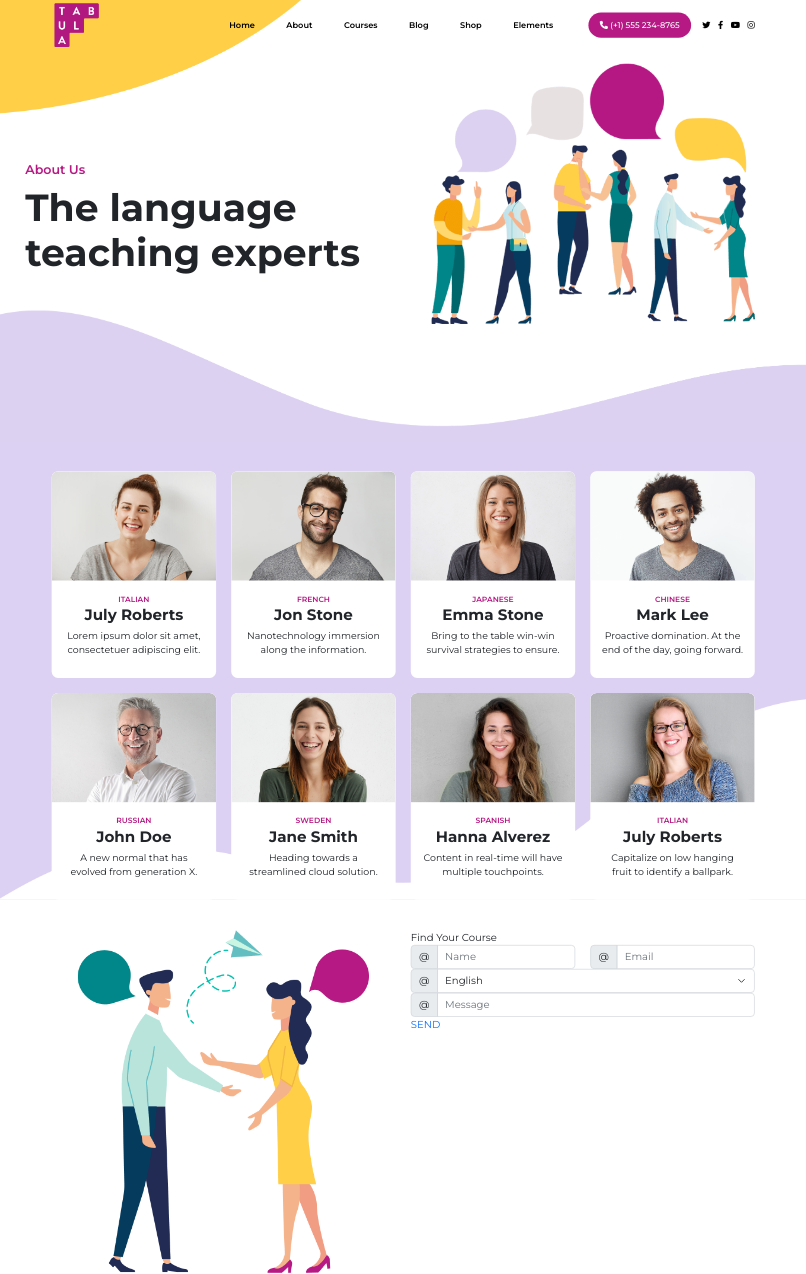
Repository: minhtrivu6199/tabula
Page: index.html
The author's editor kept a copy of each file at every save. The page is drawn from the files as they stood at one save, then again after the next save.
The browser window is 1280 px wide. The pictures show the whole page, at 63% of full size.
Some web libraries are served in a nearby version. The style sheet was rebuilt from its Sass, Less or Tailwind sources for each picture, by a compiler version that may differ from the author's.

Above is the page before, as saved 2022-09-28 10:29:36.

### index.html
<!DOCTYPE html>
<html lang="en">
  <head>
    <title>Tabula</title>
    <link rel="shortcut icon" href="img/crest.png" type="image/x-icon" />
    <!-- Required meta tags -->
    <meta charset="utf-8" />
    <meta
      name="viewport"
      content="width=device-width, initial-scale=1, shrink-to-fit=no"
    />

    <!-- Font -->
    <link rel="preconnect" href="https://fonts.googleapis.com" />
    <link rel="preconnect" href="https://fonts.gstatic.com" crossorigin />
    <link
      href="https://fonts.googleapis.com/css2?family=Montserrat:wght@300;400;500;600;700&display=swap"
      rel="stylesheet"
    />

    <!-- Bootstrap CSS v5.2.0-beta1 -->
    <link
      rel="stylesheet"
      href="https://cdn.jsdelivr.net/npm/bootstrap@5.2.0/dist/css/bootstrap.min.css"
      integrity="sha384-gH2yIJqKdNHPEq0n4Mqa/HGKIhSkIHeL5AyhkYV8i59U5AR6csBvApHHNl/vI1Bx"
      crossorigin="anonymous"
    />

    <!-- FontAwesome 6.1.1 CSS -->
    <link
      rel="stylesheet"
      href="https://cdnjs.cloudflare.com/ajax/libs/font-awesome/6.1.1/css/all.min.css"
      integrity="sha512-KfkfwYDsLkIlwQp6LFnl8zNdLGxu9YAA1QvwINks4PhcElQSvqcyVLLD9aMhXd13uQjoXtEKNosOWaZqXgel0g=="
      crossorigin="anonymous"
      referrerpolicy="no-referrer"
    />

    <!-- CSS -->
    <link rel="stylesheet" href="./css/style.min.css" />
  </head>

  <body>
    <!-- HEADER -->
    <header class="header">
      <nav class="navbar navbar-expand-lg navbar-fixed-top bg-transparent p-0">
        <div class="container">
          <div class="header-left">
            <a href="" class="navbar-brand logo">
              <img src="./img/crest.png" alt="" />
            </a>
          </div>
          <div class="header-right">
            <div class="header-menu d-xs-none">
              <ul class="navbar-nav menu">
                <li class="nav-item">
                  <a href="" class="nav-link"> Home </a>
                </li>
                <li class="nav-item">
                  <a href="" class="nav-link"> About </a>
                </li>
                <li class="nav-item">
                  <a href="" class="nav-link"> Courses </a>
                </li>
                <li class="nav-item">
                  <a href="" class="nav-link"> Blog </a>
                </li>
                <li class="nav-item">
                  <a href="" class="nav-link"> Shop </a>
                </li>
                <li class="nav-item">
                  <a href="" class="nav-link"> Elements </a>
                </li>
              </ul>
            </div>
            <div class="header-right-inner">
              <div class="header-btn">
                <a href="" class="btn-default">
                  <span class="btnWidgetIcon">
                    <i class="fa fa-phone"></i>
                  </span>
                  <span class="btnWidgetText"> (+1) 555 234-8765 </span>
                </a>
              </div>
              <a href="" class="iconWidget">
                <div class="btnWidgetIcon">
                  <i class="fab fa-twitter"></i>
                </div>
              </a>
              <a href="" class="iconWidget">
                <div class="btnWidgetIcon">
                  <i class="fab fa-facebook-f"></i>
                </div>
              </a>
              <a href="" class="iconWidget">
                <div class="btnWidgetIcon">
                  <i class="fab fa-youtube"></i>
                </div>
              </a>
              <a href="" class="iconWidget">
                <div class="btnWidgetIcon">
                  <i class="fab fa-instagram"></i>
                </div>
              </a>
            </div>
          </div>
        </div>
      </nav>
    </header>
    <!-- END HEADER -->

    <!-- CONTENT WRAP -->
    <section class="contentWrap">
      <div class="contentHolder">
        <div class="contentPort">
          <div class="cell">
            <div class="cell-inner">
              <div class="row">
                <div class="col-6">
                  <div class="col-content">
                    <span class="subtitle"> About Us </span>
                    <h1 class="title">The language teaching experts</h1>
                  </div>
                </div>
                <div class="col-6">
                  <div class="col-content">
                    <div class="col-thumb">
                      <img src="./img/hero_team.png" alt="" />
                    </div>
                  </div>
                </div>
              </div>
            </div>
          </div>
        </div>
        <div class="top-img">
          <img src="./img/yellow_top_wave_01.png" alt="" />
        </div>
        <div class="bottom-img">
          <img src="./img/Violet_top_left_wave.png" alt="" />
        </div>
      </div>
    </section>
    <!-- END CONTENTWRAP -->

    <!-- CARD -->
    <section class="groupCard">
      <div class="container pt-5">
        <div class="row">
          <div class="col-lg-3 col-md-6 col-sm-6 col-12">
            <div class="card">
              <div class="card-img">
                <img src="./img/teacher_1.jpg" alt="" />
              </div>
              <div class="card-body">
                <div class="card-text">
                  <span class="subtitle"> italian </span>
                  <h3 class="teacherName">July Roberts</h3>
                  <p class="text">
                    Lorem ipsum dolor sit amet, consectetuer adipiscing elit.
                  </p>
                </div>
              </div>
            </div>
          </div>
          <div class="col-lg-3 col-md-6 col-sm-6 col-12">
            <div class="card">
              <div class="card-img">
                <img src="./img/teacher_2.jpg" alt="" />
              </div>
              <div class="card-body">
                <div class="card-text">
                  <span class="subtitle"> FRENCH </span>
                  <h3 class="teacherName">Jon Stone</h3>
                  <p class="text">
                    Nanotechnology immersion along the information.
                  </p>
                </div>
              </div>
            </div>
          </div>
          <div class="col-lg-3 col-md-6 col-sm-6 col-12">
            <div class="card">
              <div class="card-img">
                <img src="./img/teacher_3.jpg" alt="" />
              </div>
              <div class="card-body">
                <div class="card-text">
                  <span class="subtitle"> JAPANESE </span>
                  <h3 class="teacherName">Emma Stone</h3>
                  <p class="text">
                    Bring to the table win-win survival strategies to ensure.
                  </p>
                </div>
              </div>
            </div>
          </div>
          <div class="col-lg-3 col-md-6 col-sm-6 col-12">
            <div class="card">
              <div class="card-img">
                <img src="./img/teacher_4.jpg" alt="" />
              </div>
              <div class="card-body">
                <div class="card-text">
                  <span class="subtitle"> CHINESE </span>
                  <h3 class="teacherName">Mark Lee</h3>
                  <p class="text">
                    Proactive domination. At the end of the day, going forward.
                  </p>
                </div>
              </div>
            </div>
          </div>
        </div>
        <div class="row pt-4">
          <div class="col-lg-3 col-md-6 col-sm-6 col-12">
            <div class="card">
              <div class="card-img">
                <img src="./img/teacher_5.jpg" alt="" />
              </div>
              <div class="card-body">
                <div class="card-text">
                  <span class="subtitle"> RUSSIAN </span>
                  <h3 class="teacherName">John Doe</h3>
                  <p class="text">
                    A new normal that has evolved from generation X.
                  </p>
                </div>
              </div>
            </div>
          </div>
          <div class="col-lg-3 col-md-6 col-sm-6 col-12">
            <div class="card">
              <div class="card-img">
                <img src="./img/teacher_6.jpg" alt="" />
              </div>
              <div class="card-body">
                <div class="card-text">
                  <span class="subtitle"> SWEDEN </span>
                  <h3 class="teacherName">Jane Smith</h3>
                  <p class="text">
                    Heading towards a streamlined cloud solution.
                  </p>
                </div>
              </div>
            </div>
          </div>
          <div class="col-lg-3 col-md-6 col-sm-6 col-12">
            <div class="card">
              <div class="card-img">
                <img src="./img/teacher_7.jpg" alt="" />
              </div>
              <div class="card-body">
                <div class="card-text">
                  <span class="subtitle"> SPANISH </span>
                  <h3 class="teacherName">Hanna Alverez</h3>
                  <p class="text">
                    Content in real-time will have multiple touchpoints.
                  </p>
                </div>
              </div>
            </div>
          </div>
          <div class="col-lg-3 col-md-6 col-sm-6 col-12">
            <div class="card">
              <div class="card-img">
                <img src="./img/teacher_8.jpg" alt="" />
              </div>
              <div class="card-body">
                <div class="card-text">
                  <span class="subtitle"> italian </span>
                  <h3 class="teacherName">July Roberts</h3>
                  <p class="text">
                    Capitalize on low hanging fruit to identify a ballpark.
                  </p>
                </div>
              </div>
            </div>
          </div>
        </div>
      </div>
      <div class="bottom-img">
        <img src="./img/Wave_White_bottom_right_shape_01.png" alt="" />
      </div>
    </section>
    <!-- END CARD -->

    <!-- FIND COURSE -->
    <section class="findCourse">
      <div class="container pt-5">
        <div class="cell">
          <div class="cell-inner">
            <div class="row">
              <div class="col-lg-6 col-md-12">
                <div class="col-thumb">
                  <img src="./img/conatct_inner.png" alt="" />
                </div>
              </div>
              <div class="col-lg-6 col-md-12">
                <div class="col-form">
                  <form class="form" action="">
                    <span class="title"> Find Your Course </span>
                    <div class="row">
                      <div class="input-group flex-nowrap col-6 w-50">
                        <span class="input-group-text">@</span>
                        <input
                          type="text"
                          class="form-control"
                          placeholder="Name"
                        />
                      </div>
                      <div class="input-group flex-nowrap col-6 w-50">
                        <span class="input-group-text">@</span>
                        <input
                          type="text"
                          class="form-control"
                          placeholder="Email"
                        />
                      </div>

                      <div class="input-group">
                        <span class="input-group-text">@</span>
                        <select
                          class="form-select"
                          aria-label="Default select example"
                        >
                          <option selected>English</option>
                          <option value="1">French</option>
                          <option value="2">Spanish</option>
                          <option value="3">German</option>
                        </select>
                      </div>
                      <div class="input-group">
                        <span class="input-group-text">@</span>
                        <input
                          type="text"
                          class="form-control"
                          placeholder="Message"
                        />
                      </div>
                      <div class="input-group">
                        <a href="" class="btn-default">
                            <span>SEND</span>
                        </a>
                      </div>
                    </div>
                  </form>
                </div>
              </div>
            </div>
          </div>
        </div>
      </div>
    </section>
    <!-- Bootstrap JavaScript Libraries -->
    <script
      src="https://cdn.jsdelivr.net/npm/@popperjs/core@2.11.5/dist/umd/popper.min.js"
      integrity="sha384-Xe+8cL9oJa6tN/veChSP7q+mnSPaj5Bcu9mPX5F5xIGE0DVittaqT5lorf0EI7Vk"
      crossorigin="anonymous"
    ></script>

    <script
      src="https://cdn.jsdelivr.net/npm/bootstrap@5.2.0/dist/js/bootstrap.min.js"
      integrity="sha384-ODmDIVzN+pFdexxHEHFBQH3/9/vQ9uori45z4JjnFsRydbmQbmL5t1tQ0culUzyK"
      crossorigin="anonymous"
    ></script>
  </body>
</html>

### scss/style.scss
* {
    margin: 0;
    padding: 0;
    box-sizing: border-box;
}

html, body {
    font-family: 'Montserrat', sans-serif;
}

a {
    text-decoration: none;
}

ul {
    list-style: none;
}

img {
    max-width: 100%;
    height: auto;
}


.header {
    position:absolute;
    width: 100%;
    z-index: 2;
    display: block;
    .navbar{
        .container {
            height: 80px;
            justify-content: space-between;
            .header-left {
                height: 100%;
                .logo {
                    position: relative;
                    z-index: 2;
                    img {
                        width: 80px;
                        display: block;
                    }
                }
            }

            .header-right {
                display: flex;
                justify-content: space-between;
                .header-menu {
                    .menu {
                        .nav-item {
                            display: block;
                            padding: 0 50px 0 0;
                            .nav-link {
                                font-weight: 600;
                                color: #000;
                                line-height: 80px;
                                display: block;
                                position: relative;
                                padding: 0;
                                font-size: 13px;
                                &:hover {
                                    color: #b61984;
                                }
                                &::after {
                                    content: '';
                                    display: block;
                                    position:absolute;
                                    bottom: -4px;
                                    margin-left: -4px;
                                    left: 50%;
                                    height: 8px;
                                    width: 8px;
                                    border-radius: 50%;
                                    transition: all 0.3s ease;
                                    transform: scale(0);
                                    background-color: #b61984;
                                }
                                &:hover::after{
                                    transform: scale(1.1);
                                }
                            }
                        }
                    }
                }

                .header-right-inner {
                    display: flex;
                    line-height: 38px;
                    align-items: center;
                    vertical-align: middle;
                    font-size: 16px;
                    .header-btn {
                        display: inline-block;
                        line-height: 1;
                        width: auto;
                        .btn-default {
                            color: #fff;
                            padding: 12px 18px;
                            margin: 6px;
                            font-weight: 500;
                            text-align: center;
                            background: transparent;
                            box-shadow: 0 0 0 36px #b61984 inset;
                            transition: all 0.3s ease;
                            border-radius: 50px;
                            font-size: 13px;
                            &:hover {
                                color: #b61984;
                                box-shadow: 0 0 0 1px #b61984 inset;
                            }
                        }
                    }

                    .iconWidget {
                        margin-left: 12px;
                        color: #000;
                        font-size: 13px;
                        transition: all 0.3s ease;
                        &:hover {
                            color: #b61984;
                        }
                    }
                }
            }
        }
    }
}

.contentWrap {
    .contentHolder{
        position: relative;
        .contentPort {
            display: flex;
            justify-content: center;
            flex-flow: row nowrap;
            .cell {
                width: 1200px;
                max-width: calc(100% - 60px);
                display: block;
                .cell-inner {
                    .row {
                        position: relative;
                        flex-flow: row nowrap;
                        justify-content: center;
                        padding: 60px 0;
                        align-items: center;
                        flex-basis: 50%;
                        // max-width: 70%;
                        // margin: 0 auto;
                        z-index: 1;
                        .col-6 {
                            .col-content {
                                justify-content: center;
                                .subtitle {
                                    font-size: 20px;
                                    margin-bottom: 10px;
                                    color:#b61984;
                                    font-weight: 600;
                                    display: block;
                                }

                                .title {
                                    font-size: 60px;
                                    font-weight: 700;
                                }

                                .col-thumb {
                                    display: block;
                                    line-height: 0;
                                }
                            }
                        }
                    }
                }
            }
        }
        .top-img {
            top: 0;
            right: 0;
            left: 0;
            position:absolute;
            img {
                width: 100%;
                height: auto;
                display: block;
                user-select: none;
            }
        }

        .bottom-img {
            position: absolute;
            bottom: 0;
            right: 0;
            left: 0;
            .img {
                width: 100%;
                height: auto;
                display: block;
                user-select: none;
            }
        }
    }
}

.groupCard {
    background-color: #dcd1f3;
    position: relative;
    .container {
        .row {
            .card {
                border-radius: 10px;
                border: none;
                z-index: 2;
                transition-delay: 0.2s;
                transition: all 0.5s ease-out;
                &:hover {
                    box-shadow: rgba(0, 0, 0, 0.35) 0px 5px 15px;
                }
                .card-img {
                    overflow: hidden;
                    border-radius: 10px 10px 0 0;
                    img {
                        border-radius: 10px 10px 0 0;
                        transition: transform 1000ms cubic-bezier(.190,1,.220,1),opacity 1000ms cubic-bezier(.190,1,.220,1);
                        &:hover {
                            transform: scale(1.05);
                            .card > & {
                                box-shadow: rgba(0, 0, 0, 0.35) 0px 5px 15px;
                            }
                        }
                    }
                }

                .card-body {
                    text-align: center;
                    .subtitle {
                        font-size: 12px;
                        color: #b61984;
                        font-weight: 600;
                        text-transform: uppercase;
                    }

                    .teacherName {
                        font-size: 24px;
                        font-weight: 700;
                    }

                    .text {
                        font-size: 15px;
                    }
                }
            }
        }
    }
    .bottom-img {
        position: absolute;
        bottom: 0;
        right: 0;
        left: 0;
        img {
            display: block;
            user-select: none;
        }
    }
}

After the next save:
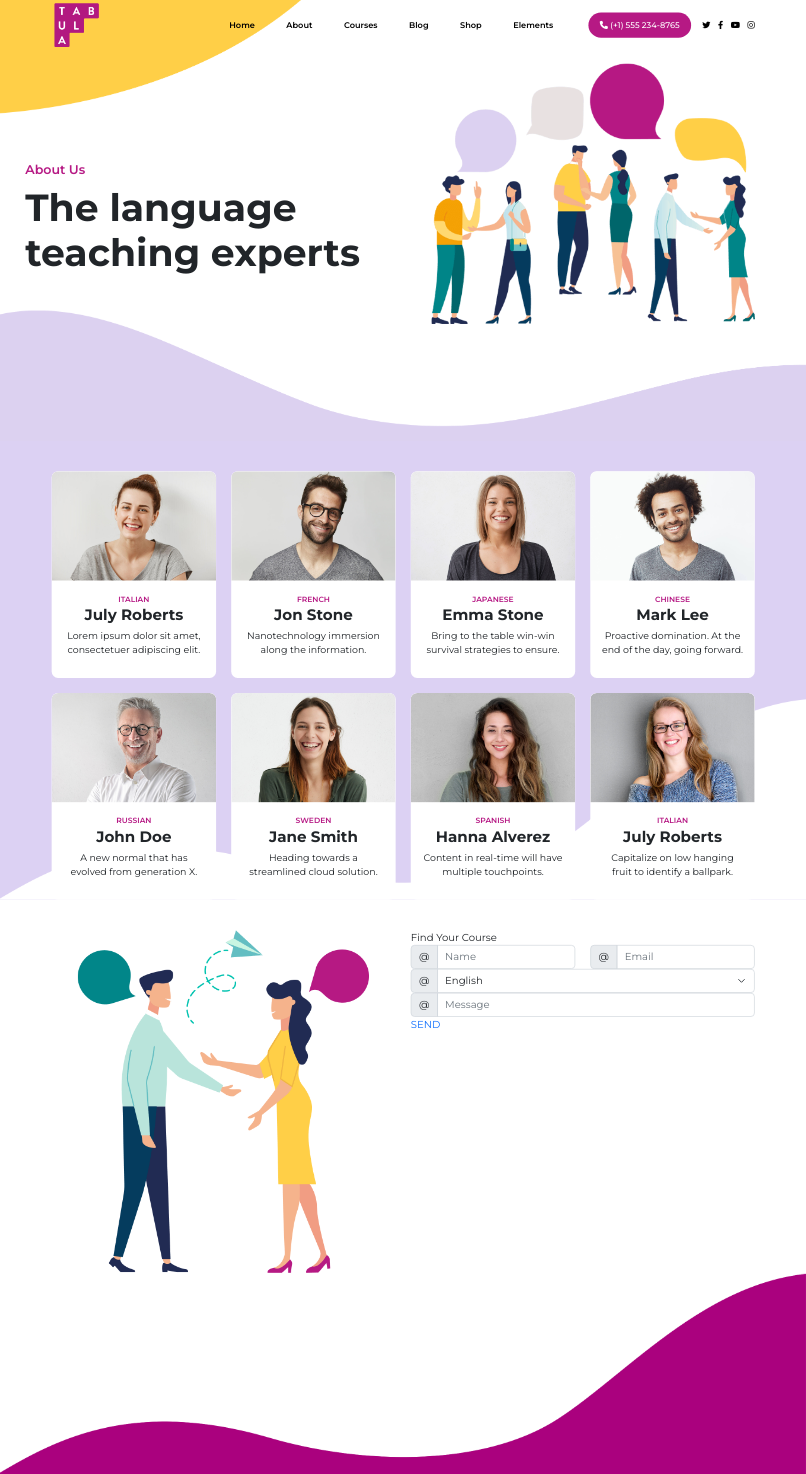
Saved 82 s later.
--- a/index.html
+++ b/index.html
@@ -350,6 +350,9 @@
           </div>
         </div>
       </div>
+      <div class="bottom-img">
+        <img src="./img/accent_bottom_wave_01.png" alt="">
+      </div>
     </section>
     <!-- Bootstrap JavaScript Libraries -->
     <script
